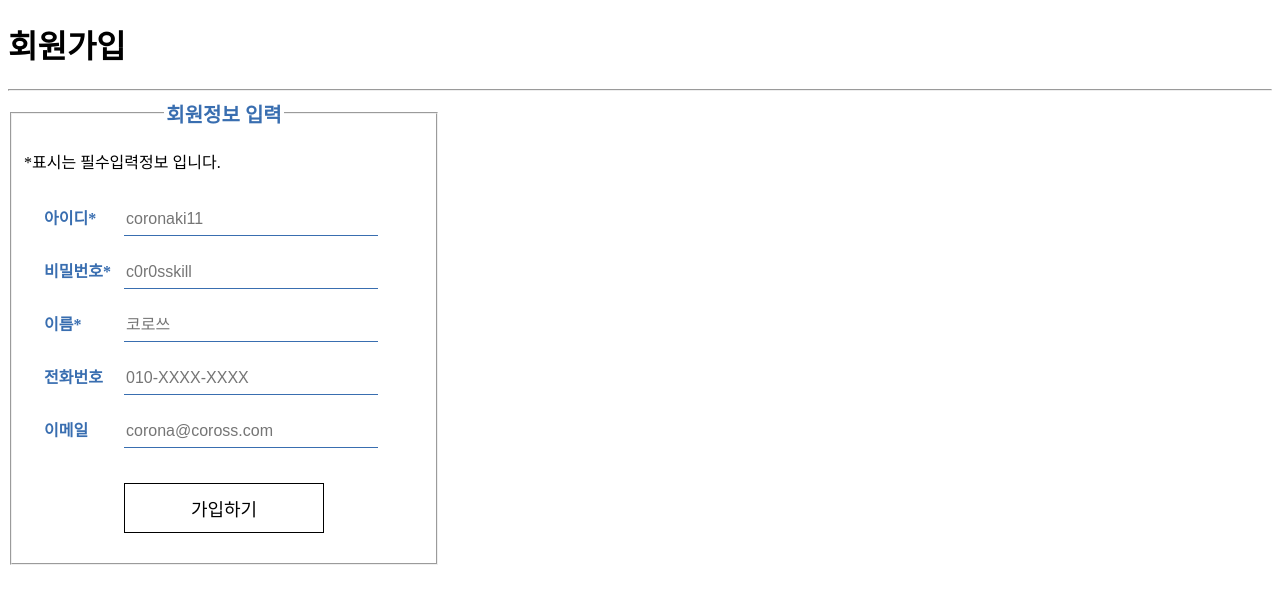
Repository: bbookk1104/spring-workspace
Page: http://localhost/practice_CRUD/joinFrm.do
An editor plug-in stored every save of this project. The page is shown before and after the next save, followed by the edit.
The browser window is 1280 px wide. The pictures show the whole page.
The page is served by Tomcat 9. Other server files are loaded and not shown.

Above is the page before, as saved 2022-09-30 10:14:29.

### practice_CRUD/src/main/webapp/WEB-INF/views/member/joinFrm.jsp
<%@ page language="java" contentType="text/html; charset=UTF-8"
    pageEncoding="UTF-8"%>
<!DOCTYPE html>
<html>
<head>
<meta charset="UTF-8">
<title>회원가입</title>
<style>
	ul{
		margin: 20px;
		padding: 0;
	}
	li{
		list-style-type: none;
	}
	input[type=text], input[type=password]{
		width: 250px;
		height: 30px;
		margin: 10px 0px 10px 0px;
		border: 0;
		border-bottom: 1px solid #396EB0;
		font-size: 16px;
	}
	input:focus{
		outline: 0;
		color: #396EB0;
		font-weight: bold;
	}
	input[type=submit]{
		margin-top: 25px;
		width:200px;
		height:50px;
		border: 1px solid #000;
		background-color: #fff;
		font-size: 18px;
	}
	input[type=submit]:hover{
		cursor: pointer;
		border-color: #396EB0;
		background-color: #396EB0;
		color: #fff;
		font-weight: bold;
		transition: 0.5s;
	}
	label{
		display: inline-block;
		width: 80px;
		height: 30px;
		color: #396EB0;
		font-weight: 900;
	}
	fieldset{
		width: 400px;
	}
	legend{
		color: #396EB0;
		font-weight: 900;
		font-size: 20px;
		text-align: center;
	}
</style>
</head>
<body>
	<h1>회원가입</h1>
	<hr>
	<form action="/insertMember.do" method="post">
		<fieldset>
			<legend>회원정보 입력</legend>
			<p>*표시는 필수입력정보 입니다.</p>
			<ul>
				<li><label for="id">아이디*</label><input type="text" name="memberId" id="id" placeholder="coronaki11" autocomplete="off" required></li>
				<li><label for="pw">비밀번호*</label><input type="password" name="memberPw" id="pw" placeholder="c0r0sskill" autocomplete="off" required></li>
				<li><label for="name">이름*</label><input type="text" name="memberName" id="name" placeholder="코로쓰" autocomplete="off" required></li>
				<li><label for="phone">전화번호</label><input type="text" name="phone" id="phone" placeholder="010-XXXX-XXXX" autocomplete="off"></li>
				<li><label for="email">이메일</label><input type="text" name="email" id="email" placeholder="corona@coross.com" autocomplete="off"></li>
				<li style="text-align: center;"><input type="submit" value="가입하기"></li>
			</ul>
		</fieldset>
	</form>
</body>
</html>

After the next save:
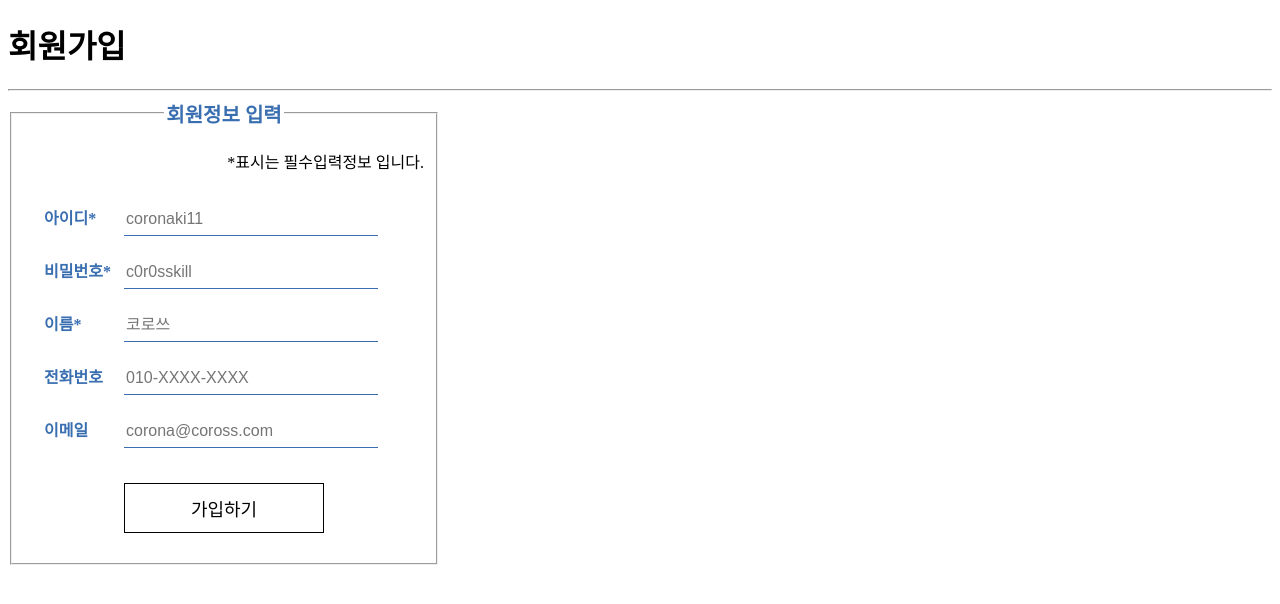
Saved 21 s later.
--- a/practice_CRUD/src/main/webapp/WEB-INF/views/member/joinFrm.jsp
+++ b/practice_CRUD/src/main/webapp/WEB-INF/views/member/joinFrm.jsp
@@ -58,6 +58,9 @@
 		font-size: 20px;
 		text-align: center;
 	}
+	p{
+		text-align: right;
+	}
 </style>
 </head>
 <body>
